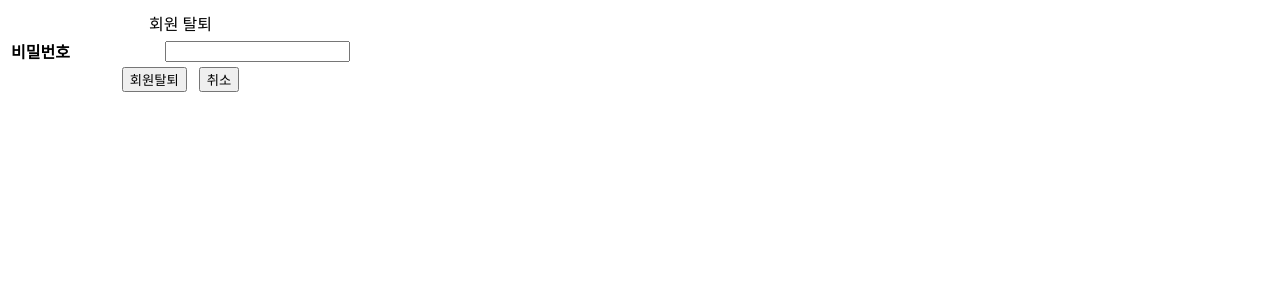
Repository: skeaze7496-max/HomePage
Page: http://localhost/ServletProject/memberone/deleteForm.jsp
These files come from the project's save history. The page is drawn as it stood at one moment and after the next save; the edit follows.
The browser window is 1280 px wide. The pictures show the whole page.
The page is served by Tomcat 9. Nobody is signed in. The application's start-up code is not run.

Above is the page before, as saved 2026-06-05 02:52:44.

After the next save:
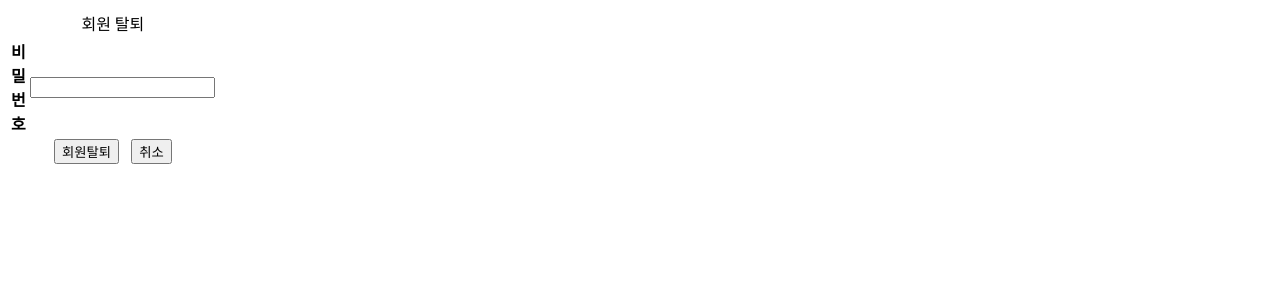
Saved 19 s later.
--- a/ServletProject/src/main/webapp/memberone/deleteForm.jsp
+++ b/ServletProject/src/main/webapp/memberone/deleteForm.jsp
@@ -8,7 +8,7 @@
 </head>
 <body>
 <form action="deleteProc.jsp" method="post" name="myForm">
-	<table>
+	<table width="200">
 		<tr>
 			<td colspan="2" align="center">회원 탈퇴</td>
 		</tr>
